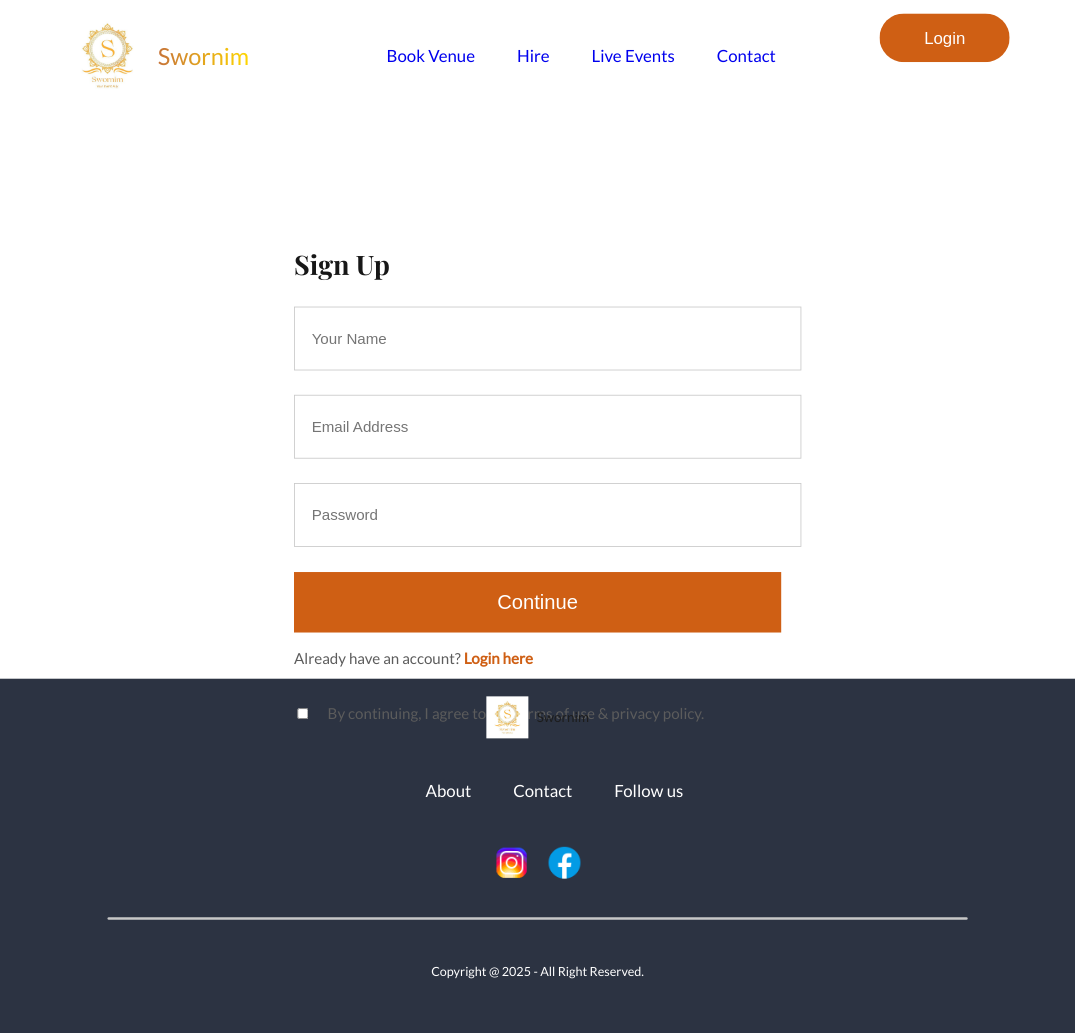
Repository: leonischu/Swornim
Page: /login (app in frontend/)
The author's editor kept a copy of each file at every save. The page is drawn from the files as they stood at one save, then again after the next save.
The browser window is 1280 px wide. The pictures show the whole page, at 84% of full size.
The project was rebuilt for these pictures with package versions that can differ from the ones it lists, and the page was loaded fresh each time. Also part of the build but not shown: frontend/src/App.css, frontend/src/Pages/Book.jsx, frontend/src/Pages/Contact.jsx.

Above is the page before, as saved 2025-05-31 15:33:09.

After the next save:
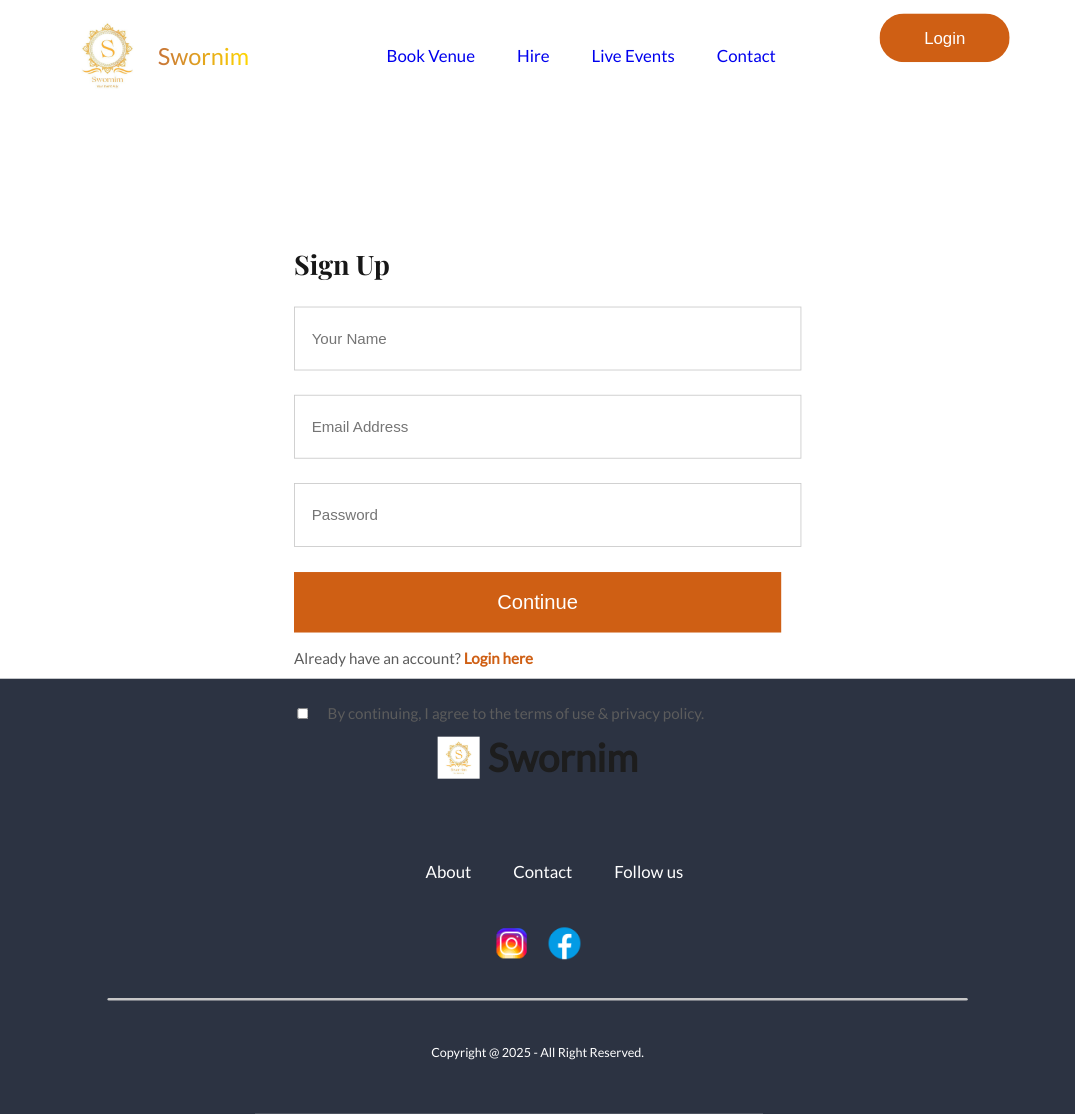
Saved 86 s later.
--- a/frontend/src/Components/Footer/Footer.css
+++ b/frontend/src/Components/Footer/Footer.css
@@ -18,7 +18,7 @@
     width: 50px; /* Adjust the width for the image */
     height: auto; /* Maintain aspect ratio */
 }
-.footer-logo p{
+.footer_logo p{
     color: linear-gradient(to right, rgba(199, 116, 57, 1), #FFD700);
     font-size: 46px;
     font-weight: 700;
